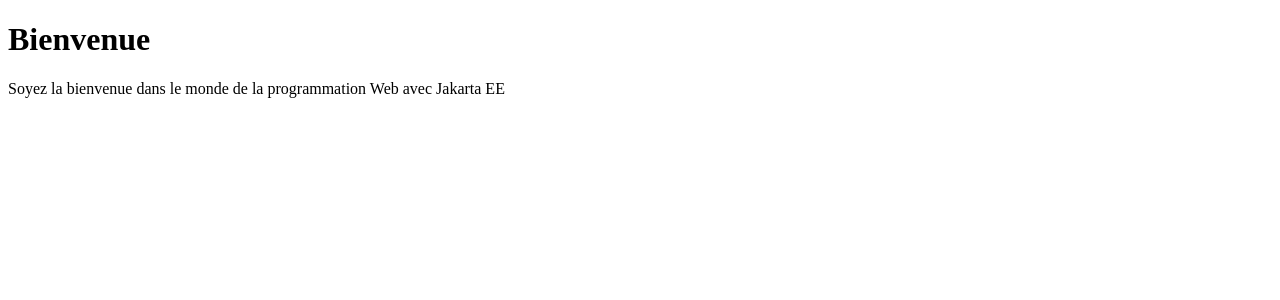
Repository: ibrahimadiagneseck/jakarta-ee
Page: test/src/main/webapp/index.html
These files come from the project's save history. The page is drawn as it stood at one moment and after the next save; the edit follows.
The browser window is 1280 px wide. The pictures show the whole page.

Above is the page before, as saved 2023-11-21 11:49:53.

### test/src/main/webapp/index.html
<!DOCTYPE html>
<html>
<head>
	<meta charset="utf-8">
	<meta name="viewport" content="width=device-width, initial-scale=1">
	<title>Accueil</title>
</head>
<body>

	<h1>Bienvenue</h1>

	<p>
		Soyez la bienvenue dans le monde de la programmation Web avec Jakarta EE
	</p>

</body>
</html>

After the next save:
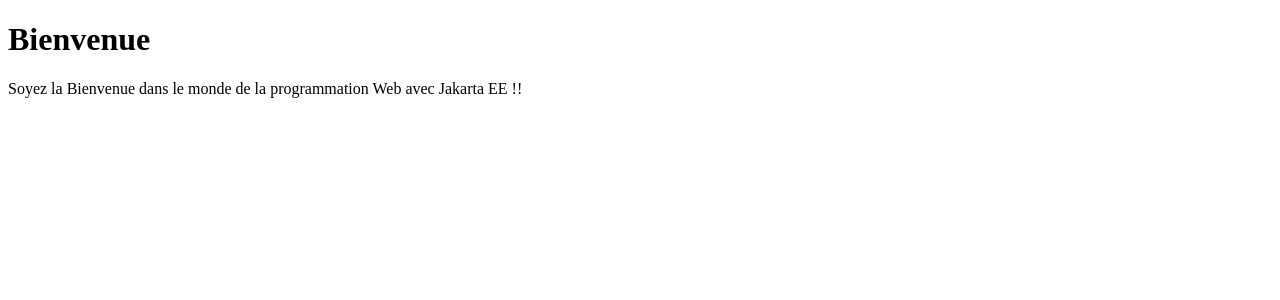
Saved 29 s later.
--- a/test/src/main/webapp/index.html
+++ b/test/src/main/webapp/index.html
@@ -1,17 +1,11 @@
 <!DOCTYPE html>
 <html>
 <head>
-	<meta charset="utf-8">
-	<meta name="viewport" content="width=device-width, initial-scale=1">
-	<title>Accueil</title>
+<meta charset="ISO-8859-1">
+<title>Acceuil</title>
 </head>
 <body>
-
-	<h1>Bienvenue</h1>
-
-	<p>
-		Soyez la bienvenue dans le monde de la programmation Web avec Jakarta EE
-	</p>
-
+     <h1>Bienvenue</h1>
+     <p> Soyez la Bienvenue dans le monde de la programmation Web avec Jakarta EE !! </p>
 </body>
 </html>
